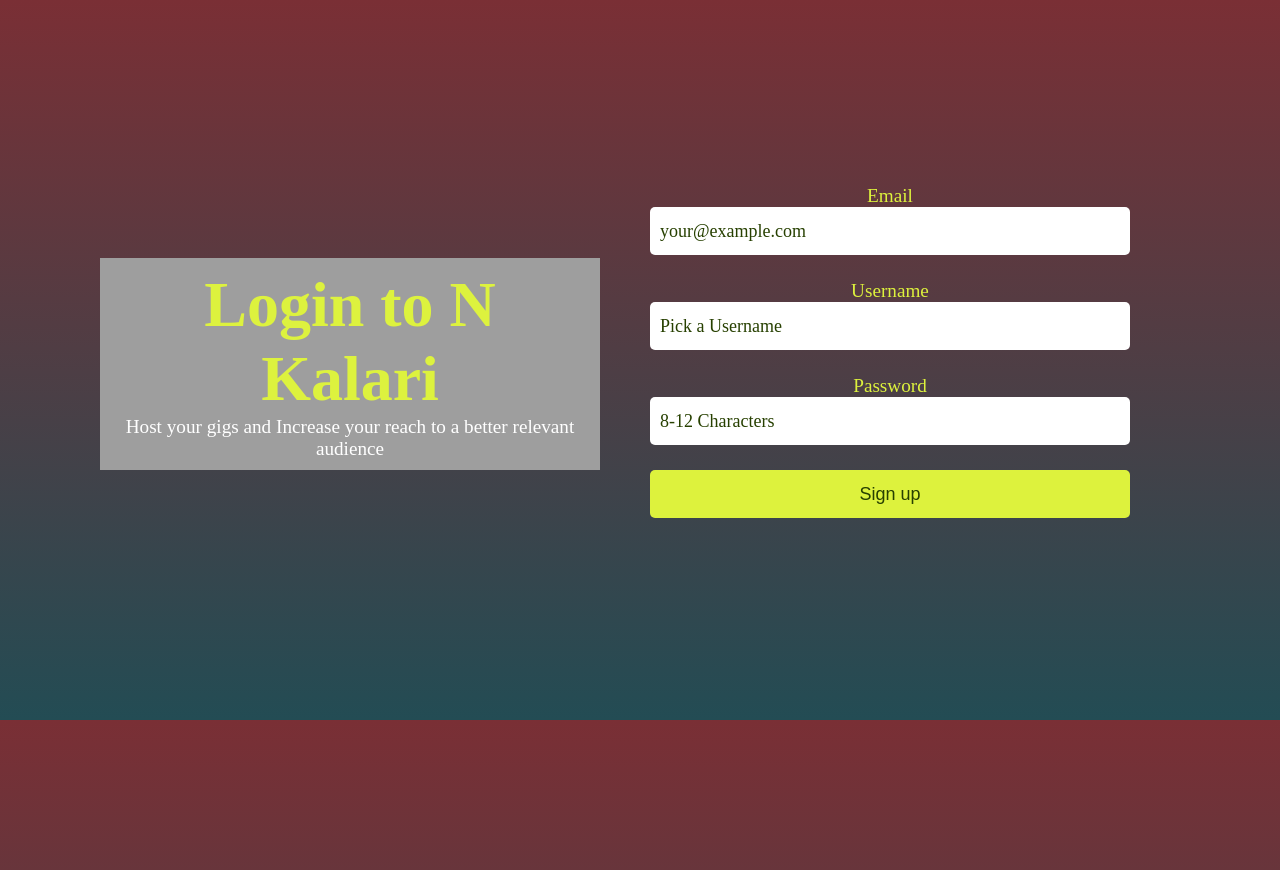
Repository: pesto-students/nkalari-fe-n12-eta2
Page: /
These files come from the project's save history. The page is drawn as it stood at one moment and after the next save; the edit follows.
The browser window is 1280 px wide. The pictures show the whole page.
Pictures or frames that could not be fetched are drawn as grey boxes. The project was rebuilt for these pictures with package versions that can differ from the ones it lists, and the page was loaded fresh each time. Also part of the build but not shown: src/App.css, src/components/wallet/index.css, src/services/user.service.js, src/actions/user.action.js, src/components/wallet/Wallet.js, src/helpers/firebase.js, src/components/Login/index.css, src/components/Login/Login.js and 3 more.

Above is the page before, as saved 2022-01-09 16:34:48.

### src/index.js
import React from "react";
import ReactDOM from "react-dom";
import "./index.css";
import App from "./App";
import reportWebVitals from "./reportWebVitals";
import { Provider } from "react-redux";
import { store } from "./helpers/store";

ReactDOM.render(
  <React.StrictMode>
    <Provider store={store}>
      <App />
    </Provider>
  </React.StrictMode>,
  document.getElementById("root")
);

// If you want to start measuring performance in your app, pass a function
// to log results (for example: reportWebVitals(console.log))
// or send to an analytics endpoint. Learn more: https://bit.ly/CRA-vitals
reportWebVitals();

### src/index.css
body,
html,
.App,
#root,
.main {
  width: 100%;
  height:100%;
  scroll-behavior: smooth;

}
body{
    margin: 0;
    padding: 0;
    text-align: center;
    background-image: linear-gradient(#7A2F35, #234C54);
  }

### src/App.js
import logo from "./logo.svg";
import "./App.css";
import React, { Component } from "react";
import Login from "./components/Login/Login";
import { Wallet } from "./components/wallet/Wallet";
import { history } from "./helpers/history";
import { Router, Route, Switch, BrowserRouter } from "react-router-dom";
import { Signup } from "./components/signup/Signup";
import OtpScreen from "./components/OtpScreen/OtpScreen";
import Main from "./components/NewLogin/NewLogin";

class App extends Component {
  constructor(props) {
    super(props);
  }

  render() {
    return (
      <BrowserRouter>
        <Switch>
          <Route exact path="/" component={Main} />
          <Route exact path="/signup" component={Signup} />
          <Route exact path="/wallet" component={Wallet} />
          <Route exact path="/otp-verify" component={OtpScreen} />
        </Switch>
      </BrowserRouter>
    );
  }
}

export default App;

### src/helpers/store.js
import { createStore, applyMiddleware, compose } from "redux";
import thunkMiddleware from "redux-thunk";
import { createLogger } from "redux-logger";
import rootReducer from "./../reducers/rootReducer";


const composeEnhancers = window.__REDUX_DEVTOOLS_EXTENSION_COMPOSE__ || compose;

const loggerMiddleware = createLogger();

export const store = createStore(
  rootReducer,
  composeEnhancers(applyMiddleware(thunkMiddleware, loggerMiddleware))
);

### src/components/NewLogin/NewLogin.js
import React, { Component } from "react"
import styles from './index.css';

const useState = React.useState

function Main(props) {
  const [loggedIn, setLoggedIn] = useState(false)

  return(
    <>
      {loggedIn ?  <AccountCreatedScreen setLoggedIn={setLoggedIn}/> : <CreateUserScreen setLoggedIn={setLoggedIn}/>}
    </>
  )
}

//Create Account
function CreateUserScreen(props) {

  const [email, setEmail] = useState()
  const [username, setUsername] = useState()
  const [password, setPassword] = useState()

  //error messages
  const [emailError, setEmailError] = useState("")
  const [usernameError, setUsernameError] = useState("")
  const [passwordError, setPasswordError] = useState("")

  // Validate email function
  function emailIsValid(email) {
    if (email == undefined  || email == '') {
      setEmailError("Must enter an email")
    } else if ( !/^[^\s@]+@[^\s@]+\.[^\s@]+$/.test(email)) {
      setEmailError("Must enter a valid email")
    } else {
      setEmailError('')
      return true
    }
  }

  // Validate username function
  function usernameIsValid(username) {
    if (username == undefined || username == '') {
      setUsernameError("Must enter a username")
    } else {
      setUsernameError('')
      return true
    }
  }

  // Validate password function
  function passwordIsValid (password) {
    if (password == undefined || password == '') {
      setPasswordError("Must enter a password")
    } else if (password.length < 8 || password.length > 12) {
      setPasswordError("Password must be 8 - 12 characters")
    } else {
      setPasswordError('')
      return true
    }
  }

  // Validate all data and submit form
  function handleSubmit(e) {
    e.preventDefault()
    var emailValid ;
    var usernameValid;
    var passwordValid;
    //test email
    emailValid = emailIsValid(email)
    console.log(emailValid)
    //test username
    usernameValid = usernameIsValid(username)
    console.log(usernameValid)
    //test password
    passwordValid = passwordIsValid(password)
    console.log(passwordValid)
    //set log in to true
    if(emailValid === true && usernameValid === true && passwordValid === true) {
      props.setLoggedIn(true)
    }
  }

  return(
    <div className="container">
      <div className="text-box column">
        <h1>Login to N Kalari</h1>
        <p>Host your gigs and Increase your reach to a better relevant audience</p>
        </div>
      <div className="login-box column">

        <form onSubmit={handleSubmit}>
          <div className="form-group">
            <label htmlFor="email-register">
              <small>Email</small>
              <input onChange={e => setEmail(e.target.value)} name="email" placeholder="your@example.com" />
              <small class="error">{emailError}</small>
            </label>
          </div>
          <div className="form-group">
            <small>Username</small>
            <input onChange={e => setUsername(e.target.value)} name="username" placeholder="Pick a Username" type="text"/>
            <small class="error">{usernameError}</small>
          </div>
          <div className="form-group">
            <small>Password</small>
            <input onChange={e => setPassword(e.target.value)} name="password" placeholder="8-12 Characters" type="password"/>
            <small class="error">{passwordError}</small>
          </div>
          <div className="form-group">
            <button type="submit">Sign up</button>
          </div>
        </form>

      </div>
    </div>
  )
}

//Account Created Screen
function AccountCreatedScreen(props) {

  function logOut(e) {
    props.setLoggedIn(false)
  }

  return(
    <div className="container">
      <div className="text-box column">
        <h1>WELCOME TO THE JUNGLE</h1>
        <p>Thanks for signing up!</p>
        </div>
      <div className="login-box column">
        <iframe src="https://giphy.com/embed/YAfCAzDS0WmwU" width="100%" height="360" frameBorder="0" class="giphy-embed" allowFullScreen></iframe>
          <div className="form-group">
            <button onClick={logOut} type="submit">Back to Main Screen</button>
          </div>
        </div>
      </div>
  )
}


export default Main;

### src/reducers/rootReducer.jsx
import { combineReducers } from "redux";
import { getTransactions } from "./transactions.reducer";


const rootReducer = combineReducers({
    getTransactions:getTransactions
});

export default rootReducer;

### src/components/NewLogin/index.css
*{
    padding: 0;
    margin: 0;

  }


  html {
    background-size: cover;

  }

  h1 {
    font-family: 'Permanent Marker';
    font-size: 64px;
  }

  p, small, input {
    font-family: 'Roboto slab';
    font-style: bold;
    font-size: 1.2em;
  }

  .container {
    margin: 150px auto;
    max-width: 1080px;
    display: flex;
    flex-direction: row;
    align-items: center;

  }

  .column {
    margin: 10px auto;
    padding: 10px;
    flex: 1 1 0px;
  }


  .column:first-of-type {
    background-image: url("https://images.unsplash.com/photo-1575285113814-f770cb8c796e?cs=srgb&fm=jpg&ixid=Mnw3MjAxN3wwfDF8c2VhcmNofDc3fHxnaWd8ZW58MHx8fHwxNjQxNzI0NzU2&ixlib=rb-1.2.1&q=85&q=85&fmt=jpg&crop=entropy&cs=tinysrgb&w=650");
    background-repeat: initial;
  }

  @media only screen and (max-width: 420px) {
    container {
      margin: 0 auto;
    }

    .text-box h1 {
      font-size: 32px;
    }

    .column {
      width: 100%;
      flex-direction: column;

    }
  }

  /* text box */
  .text-box h1 {
    color: #ddf23e;
  }

  .text-box p {
    color: #fff;
  }

  .learn-more {
    margin: 20px 0;
  }

  .play-icon {
    position: relative;
    display: inline-block;
    background-color: #F26363;
    width: 40px;
    height: 40px;
    padding: 10px 10px;
    border-radius: 100%;
    margin: 0 20px 0 0;
    cursor: pointer;
  }

  .play-icon p {
    position: absolute;
    top: 14px;
    left: 20px;
    font-size: 28px;
  }

  .play-icon:hover {
    filter: brightness(75%);
  }

  .text {
    position: relative;
    /*display: inline-block;*/
    bottom: 45px;
    left: 70px;
  }


  /* login box */
  .login-box {
    flex-grow: 1;
    padding: 25px 50px 50px 50px;

  }

  .form-group:nth-of-type(1) ~ .form-group {
    margin-top: 25px;
  }

  .form-group small {
    color: #DDF23D;
  }

  input, button {
    font-size: 18px;
    border: solid 1px;
    border-radius: 5px;
    display: block;
    line-height: 48px;
  }

  input {
    border: none;
    color: #274001;
    background-color: #fff;
    width: calc(100% - 10px);
    padding-left: 10px;
  }

  input::placeholder {
    color: #274001;
  }

  .error {
    float: left;
    color: red;
  }

  button {
    border: none;
    color: #274001;
    background-color: #DDF23D;
    width: 100%;
  }

  button:nth-of-type(2) {
    margin: 25px 0 0 0;
  }

  button:hover {
    cursor: pointer;
    filter: brightness(75%);
  }

### src/reducers/transactions.reducer.js
import { userConstants } from '../constants/user.constants';

export function getTransactions(state = {}, action) {
    switch (action.type) {
        case userConstants.GETALL_REQUEST:
          return {
          };
        case userConstants.GETALL_SUCCESS:
          return{
              transactions : action.transactions

          };
        case userConstants.GETALL_FAILURE:
          return {
          };
        default:
          return state
      }
}

### src/constants/user.constants.js
export const userConstants = {
    REGISTER_REQUEST: 'USERS_REGISTER_REQUEST',
    REGISTER_SUCCESS: 'USERS_REGISTER_SUCCESS',
    REGISTER_FAILURE: 'USERS_REGISTER_FAILURE',

    LOGIN_REQUEST: 'USERS_LOGIN_REQUEST',
    LOGIN_SUCCESS: 'USERS_LOGIN_SUCCESS',
    LOGIN_FAILURE: 'USERS_LOGIN_FAILURE',

    LOGOUT: 'USERS_LOGOUT',

    GETALL_REQUEST: 'USERS_GETALL_REQUEST',
    GETALL_SUCCESS: 'USERS_GETALL_SUCCESS',
    GETALL_FAILURE: 'USERS_GETALL_FAILURE',
};

Loaded but not shown: public/index.html (common file); src/reportWebVitals.js (common file); src/helpers/history.js (common file)

After the next save:
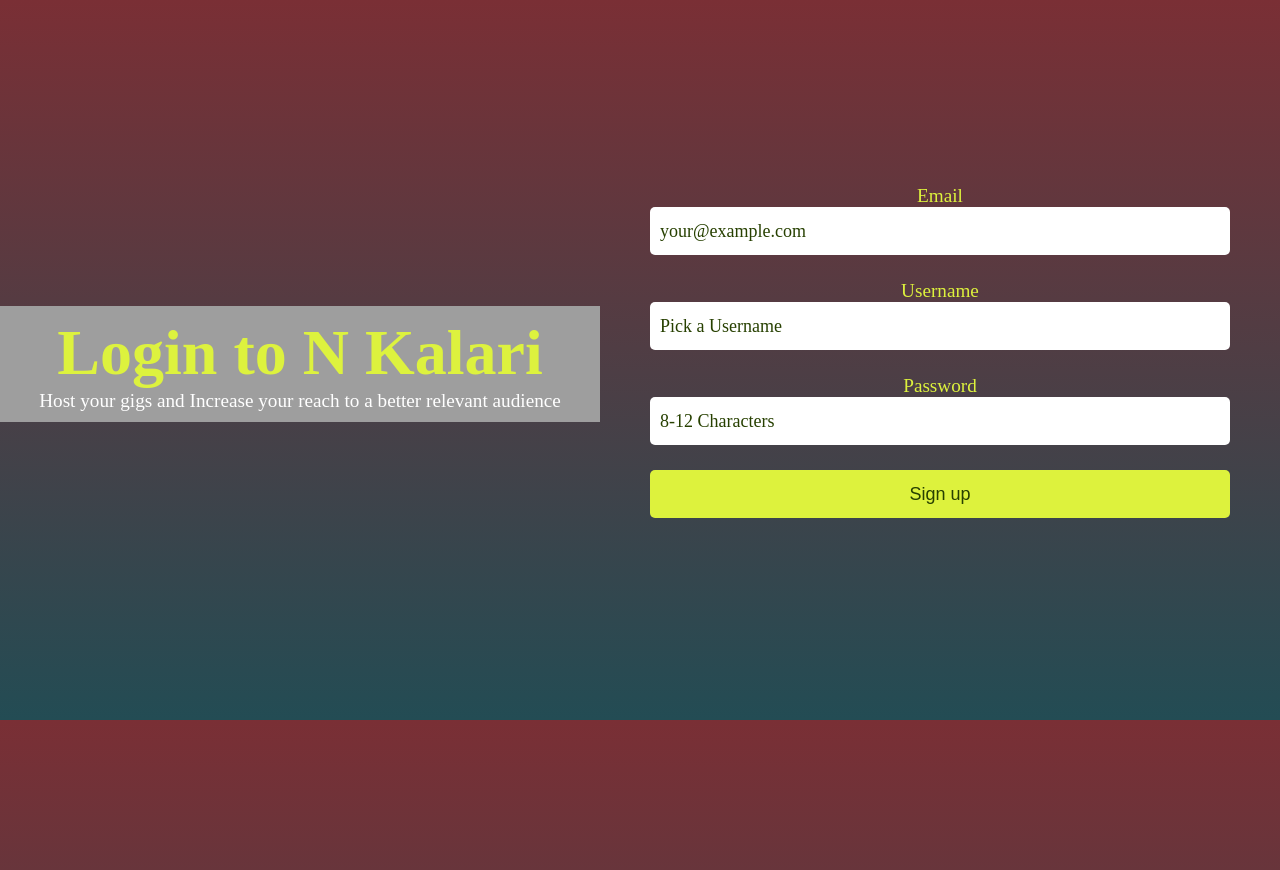
Saved 9 s later.
--- a/src/components/NewLogin/index.css
+++ b/src/components/NewLogin/index.css
@@ -23,7 +23,7 @@
 
   .container {
     margin: 150px auto;
-    max-width: 1080px;
+    max-width: 100%;
     display: flex;
     flex-direction: row;
     align-items: center;
